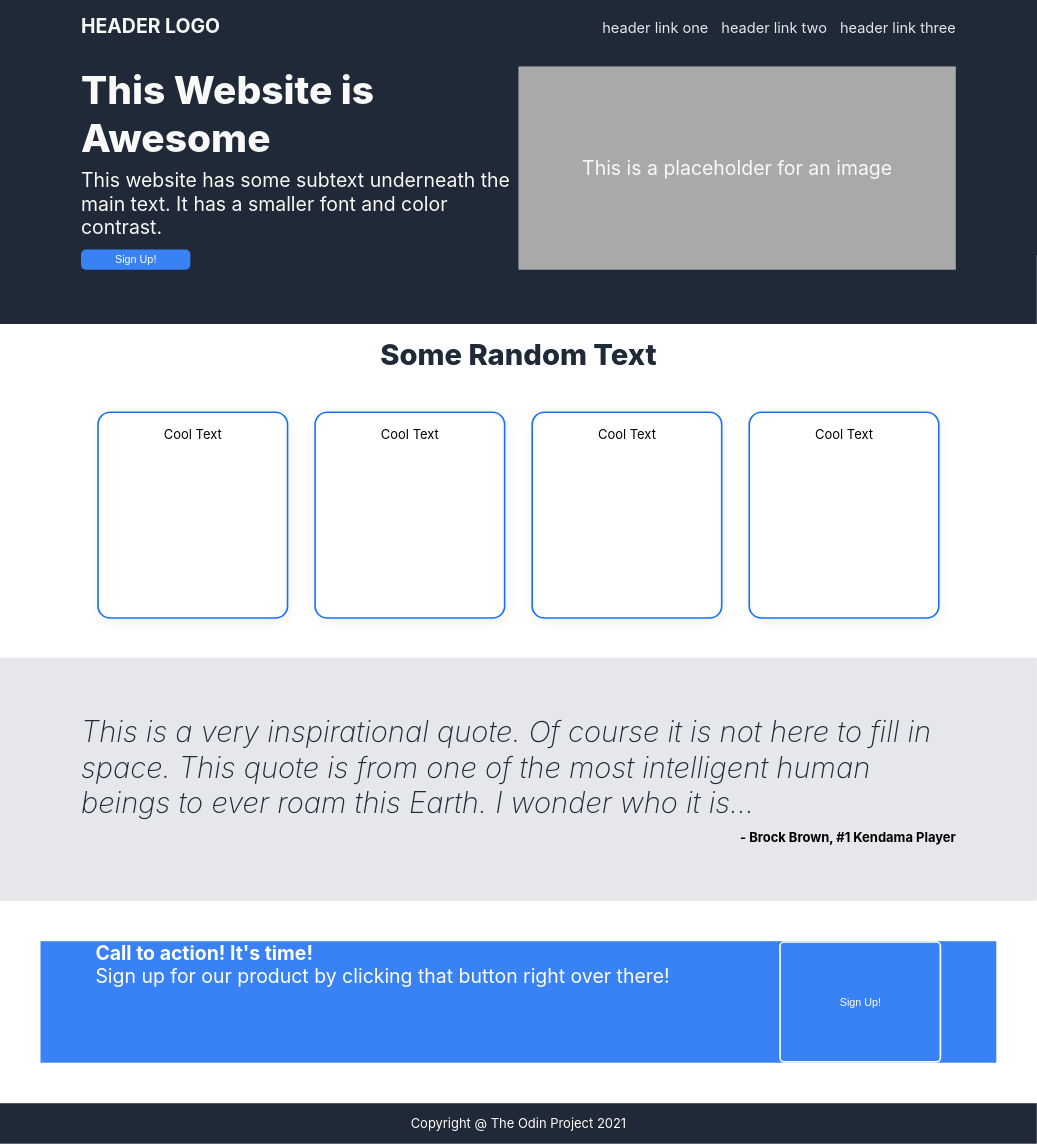
Repository: bbrockbrown/landing-page
Page: index.html
An editor plug-in stored every save of this project. The page is shown before and after the next save, followed by the edit.
The browser window is 1280 px wide. The pictures show the whole page, at 81% of full size.

Above is the page before, as saved 2024-07-24 16:19:46.

### index.html
<!DOCTYPE html>
<html lang="en">
<head>
    <meta charset="UTF-8">
    <meta name="viewport" content="width=device-width, initial-scale=1.0">
    <link rel="stylesheet" href="styles.css">
    <title>Landing Page</title>
</head>
<body>

    <div class="header">
        <div class="upper-header">
            <div class="logo" style="font-weight: bolder">HEADER LOGO</div>
            <ul class="header-links">
                <li><a href="https://www.google.com/" target="_blank">header link one</a></li>
                <li><a href="https://www.google.com/" target="_blank">header link two</a></li>
                <li><a href="https://www.google.com/" target="_blank">header link three</a></li>
            </ul>
        </div>

        <div class="header-content">
            <div class="header-text">
                <div class="awesome-text">
                    This Website is Awesome
                </div>
                <div class="subtext">
                    This website has some subtext underneath the main text.
                    It has a smaller font and color contrast.
                </div>
                <button class="signup-button">Sign Up!</button>
            </div>

            <div class="header-image">
                This is a placeholder for an image
            </div>
        </div>
    </div>




    <div class="body">
        <div class="box-text">Some Random Text</div>
        <div class="box-container">
            <div class="box">Cool Text</div>
            <div class="box">Cool Text</div>
            <div class="box">Cool Text</div>
            <div class="box">Cool Text</div>
        </div>

        <div class="quote-container">
            <div class="quote">This is a very inspirational quote. Of course it is not here
                to fill in space. This quote is from one of the most intelligent human beings
                to ever roam this Earth. I wonder who it is...
            </div>
            <div class="quote-author">
                - Brock Brown, #1 Kendama Player
            </div>
        </div>
    </div>

    <div class="sign-up-container">
        <div class="sign-up-text">
            <div class="action">Call to action! It's time!</div>
            <div class="action-subtext">Sign up for our product by clicking that button right over there!</div>
        </div>

        <button class="signup-button2" id="lower-button">Sign Up!</button>
    </div>


    <div class="footer">
        Copyright @ The Odin Project 2021
    </div>

</body>
</html>

### styles.css
body {
    font-family: -apple-system, BlinkMacSystemFont, 'Segoe UI', Roboto, Oxygen, Ubuntu, Cantarell, 'Open Sans', 'Helvetica Neue', sans-serif;
    margin: 0;
    min-height: 100vh;
}

.header {
    background-color: #1F2937;
    font-size: 24px;
    color: #F9FAF8;
    display: flex;
    padding: 0px 100px 50px 100px;
    height: 350px;
    flex-direction: column;
    justify-content: space-around;
}

.upper-header {
    display: flex;
    justify-content: space-between;
}

.header-content {
    display: flex;
    text-align: left;
    align-items: center;
    flex-shrink: 0;
}

.header-text {
    width: 50%;
    display: flex;
    flex-flow: column wrap;
    gap: 8px;
}

.header-image {
    text-align: center;
    width: 50%;
    height: 100%;
    background-color: darkgray;
    display: flex;
    flex-flow: column wrap;
    justify-content: center;

}

.awesome-text {
    font-size: 48px;
    font-weight: 800;
}

button {
    padding: 5px 30px 5px 30px;
    border-radius: 6px;
    width: 25%;
}

.signup-button {
    background-color: #3882F6;
    color: white;
    border: none;
    margin-top: 5px;
}

ul {
    margin: 0;
    padding: 0;
    list-style: none;
    display: flex;
    gap: 16px;
}

a {
    text-decoration: none;
    font-size: 18px;
    color: #E5E7EB;
}


.body {
    display: flex;
    flex: 1;
    flex-direction: column;
    align-items: center;
}

.box-text {
    font-size: 36px;
    color: #1F2937;
    font-weight: 800;
    margin-top: 16px;
}

.box-container {
    display: flex;
    padding: 48px;
    flex-wrap: wrap;
    gap: 32px;
    justify-content: center;
}


.box {
    border: 2px solid  #186ffa;
    box-shadow: 2px 4px 16px rgba(0,0,0,.06);
    border-radius: 16px;
    padding: 16px;
    width: 200px;
    height: 220px;
    text-align: center;
}

.quote-container {
    display: flex;
    flex: wrap;
    flex-direction: column;
    background-color: #E5E7EB;
    height: 300px;
    justify-content: center;
}

.quote {
    font-size: 36px;
    color: #1F2937;
    font-style: italic;
    font-weight: 200;
    padding: 0 100px;
    margin-bottom: 10px;
}

.quote-author {
    align-self: flex-end;
    margin-right: 100px;
    font-weight: bold;
}

.sign-up-container {
    background-color: #3882F6;
    display: flex;
    height: 150px;
    justify-content: space-around;
    margin: 50px;
}

.sign-up-text {
    color: white;
    font-size: 24px;
}

.action {
    font-weight: 700;
}

.signup-button2 {
    border: 2px white solid;
    background-color:#3882F6;
    color: white;
    width: 200px;
}

.footer {
    background-color: #1F2937;
    color: white;
    padding: 15px;
    text-align: center;
}

After the next save:
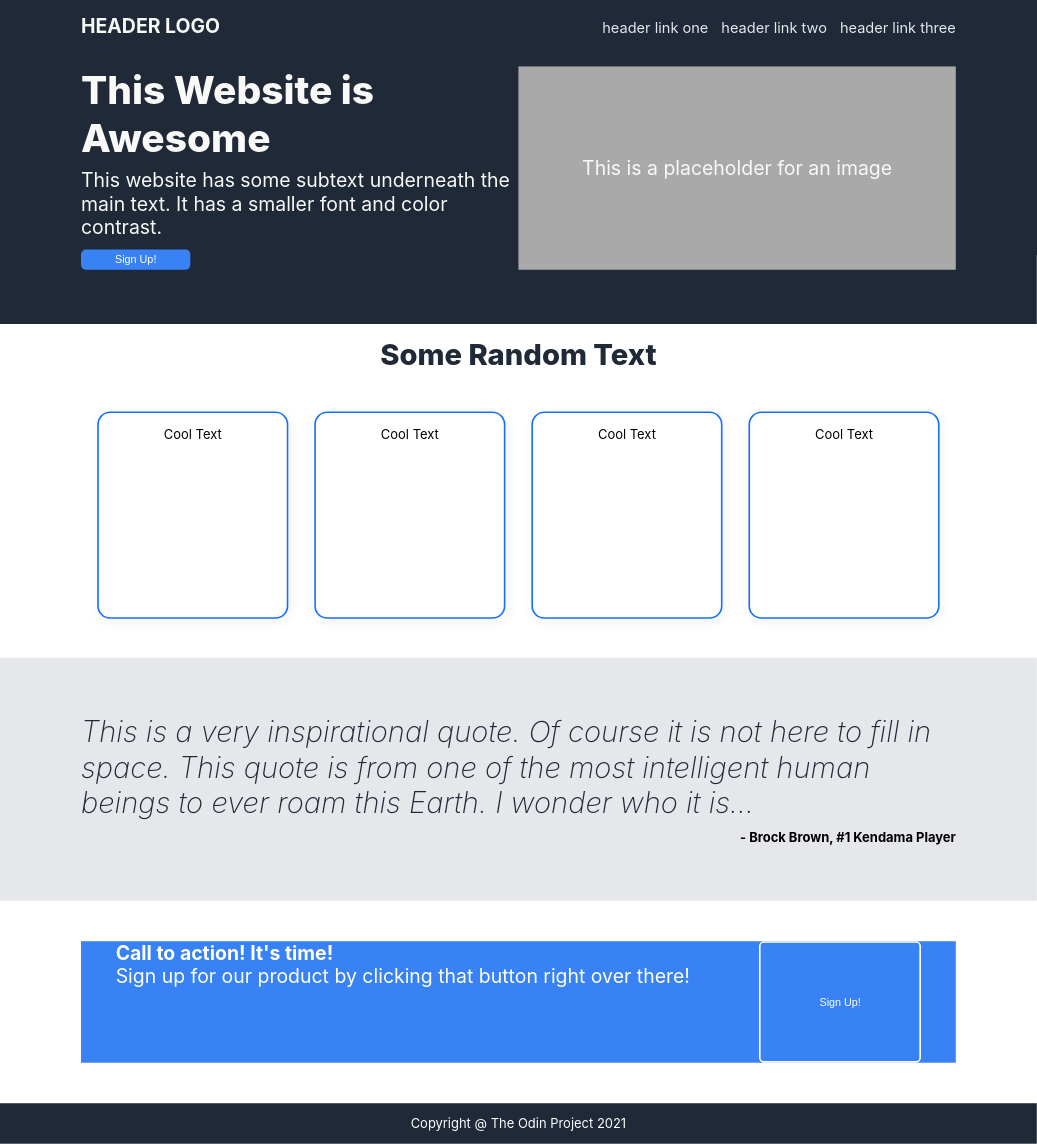
Saved 7 s later.
--- a/styles.css
+++ b/styles.css
@@ -140,7 +140,7 @@ a {
     display: flex;
     height: 150px;
     justify-content: space-around;
-    margin: 50px;
+    margin: 50px 100px;
 }
 
 .sign-up-text {
